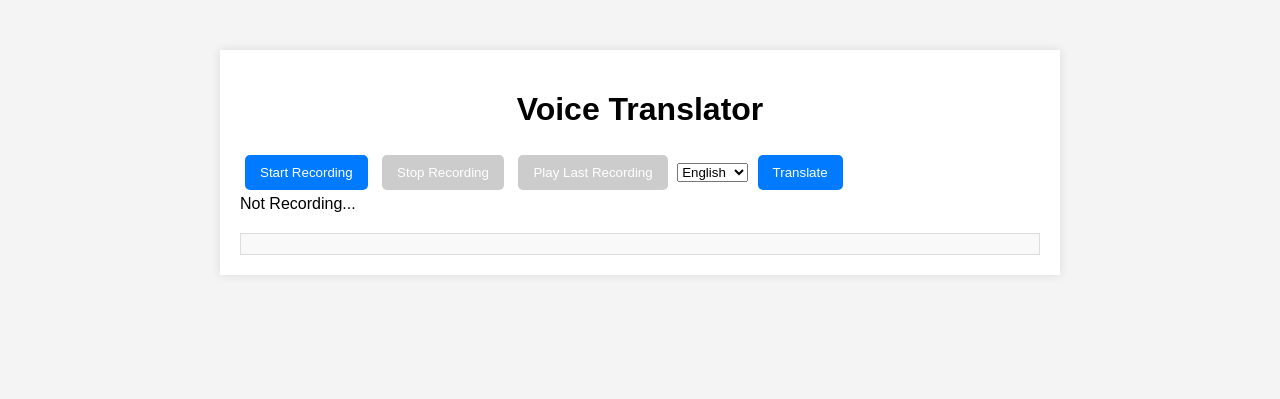
Repository: Tobby004/voice-and-text-translator
Page: index.html
These files come from the project's save history. The page is drawn as it stood at one moment and after the next save; the edit follows.
The browser window is 1280 px wide. The pictures show the whole page.
The page's requests for data from a server got no answer.

Above is the page before, as saved 2023-08-29 17:16:03.

### index.html
<!DOCTYPE html>
<html lang="en">
<head>
    <meta charset="UTF-8">
    <meta http-equiv="X-UA-Compatible" content="IE=edge">
    <meta name="viewport" content="width=device-width, initial-scale=1.0">
    <title>Translation App</title>
    <link rel="stylesheet" href="style.css">
</head>
<body>
    <div class="container">
        <h1>Voice Translator</h1>
        <button id="startRecord">Start Recording</button>
        <button id="stopRecord" disabled>Stop Recording</button>
        <button id="playAudio" disabled>Play Last Recording</button>
        <select id="languageSelect">
            <!-- Populated by JS -->
        </select>
        <button id="translate">Translate</button>
        <div id="recordingStatus">Not Recording...</div>
        <audio id="audioPlayer" controls style="display:none;"></audio>
        <div id="translatedText"></div>
    </div>
    <script src="app.js"></script>
    <script src="translator.js"></script>
</body>
</html>

### style.css
body {
    font-family: Arial, sans-serif;
    background-color: #f4f4f4;
    margin: 0;
    padding: 0;
}

.container {
    width: 80%;
    max-width: 800px;
    margin: 50px auto;
    padding: 20px;
    background-color: #fff;
    box-shadow: 0 0 10px rgba(0, 0, 0, 0.1);
}

h1, h2 {
    text-align: center;
}

button {
    padding: 10px 15px;
    margin: 5px;
    cursor: pointer;
    border: none;
    background-color: #007BFF;
    color: #fff;
    border-radius: 5px;
}

button:disabled {
    background-color: #ccc;
}

#translatedText {
    margin-top: 20px;
    padding: 10px;
    border: 1px solid #ddd;
    background-color: #f9f9f9;
}

### app.js
let mediaRecorder;
let audioChunks = [];
let audioBlob;
let audioUrl;
let audio = new Audio();
let recordingInterval;

document.getElementById("startRecord").addEventListener("click", startRecording);
document.getElementById("stopRecord").addEventListener("click", stopRecording);
document.getElementById("playAudio").addEventListener("click", playLastRecording);
document.getElementById("translate").addEventListener("click", translateRecording);

async function startRecording() {
    let stream = await navigator.mediaDevices.getUserMedia({ audio: true });
    mediaRecorder = new MediaRecorder(stream);
    mediaRecorder.ondataavailable = event => {
        audioChunks.push(event.data);
    };
    mediaRecorder.onstop = () => {
        audioBlob = new Blob(audioChunks, { type: 'audio/wav' });
        audioUrl = URL.createObjectURL(audioBlob);
        audio.src = audioUrl;
        const audioPlayer = document.getElementById("audioPlayer");
        audioPlayer.src = audioUrl;
        audioPlayer.style.display = "block";
    };
    audioChunks = [];
    mediaRecorder.start();
    document.getElementById("startRecord").disabled = true;
    document.getElementById("stopRecord").disabled = false;

    let recordingDuration = 0;
    document.getElementById("recordingStatus").textContent = "Recording: 00:00";
    recordingInterval = setInterval(() => {
        recordingDuration += 1;
        let minutes = Math.floor(recordingDuration / 60);
        let seconds = recordingDuration % 60;
        document.getElementById("recordingStatus").textContent = `Recording: ${String(minutes).padStart(2, '0')}:${String(seconds).padStart(2, '0')}`;
    }, 1000);
}

function stopRecording() {
    mediaRecorder.stop();
    document.getElementById("startRecord").disabled = false;
    document.getElementById("stopRecord").disabled = true;
    document.getElementById("playAudio").disabled = false;

    clearInterval(recordingInterval);
    document.getElementById("recordingStatus").textContent = "Recording Stopped";
}

function playLastRecording() {
    const audioPlayer = document.getElementById("audioPlayer");
    audioPlayer.currentTime = 0;
    audioPlayer.play();
}

function translateRecording() {
    if(!audioBlob) {
        alert("Please record something first!");
        return;
    }
    // Placeholder for sending the audioBlob to a voice-to-text service
    let transcribedText = "This is a placeholder for the transcribed text.";

    // Placeholder for sending the transcribedText to a translation API
    let translatedText = "This is a placeholder for the translated text.";

    document.getElementById("translatedText").innerText = translatedText;
}

// Placeholder for fetching the list of languages from an API
let languages = ["English", "Spanish", "French"]; // example languages
let languageSelect = document.getElementById("languageSelect");
languages.forEach(lang => {
    let option = document.createElement("option");
    option.value = lang;
    option.innerText = lang;
    languageSelect.appendChild(option);
});

### translator.js
// translator.js

const API_KEY = 'YOUR_GOOGLE_CLOUD_API_KEY';

// Fetching the list of supported languages
async function fetchSupportedLanguages() {
    const response = await fetch(`https://translation.googleapis.com/language/translate/v2/languages?key=${API_KEY}`);
    const data = await response.json();
    const languages = data.data.languages.map(lang => lang.language);
    populateLanguagesDropdown(languages);  // Function to populate the dropdown with fetched languages
    return languages;
}

// Translating text
async function translateText(sourceLang, targetLang, text) {
    const response = await fetch(`https://translation.googleapis.com/language/translate/v2?key=${API_KEY}&source=${sourceLang}&target=${targetLang}&q=${text}`);
    const data = await response.json();
    displayTranslatedText(data.data.translations[0].translatedText);  // Function to display the translated text to the user
}

// Function to populate the language dropdown with the list of supported languages
function populateLanguagesDropdown(languages) {
    const dropdown = document.getElementById('languageSelect');
    languages.forEach(lang => {
        const option = document.createElement('option');
        option.value = lang;
        option.innerText = lang;
        dropdown.appendChild(option);
    });
}

// Function to display the translated text to the user
function displayTranslatedText(translatedText) {
    const outputDiv = document.getElementById('translatedText');
    outputDiv.innerText = translatedText;
}

// Initial call to populate the dropdown when the page loads
document.addEventListener('DOMContentLoaded', fetchSupportedLanguages);

After the next save:
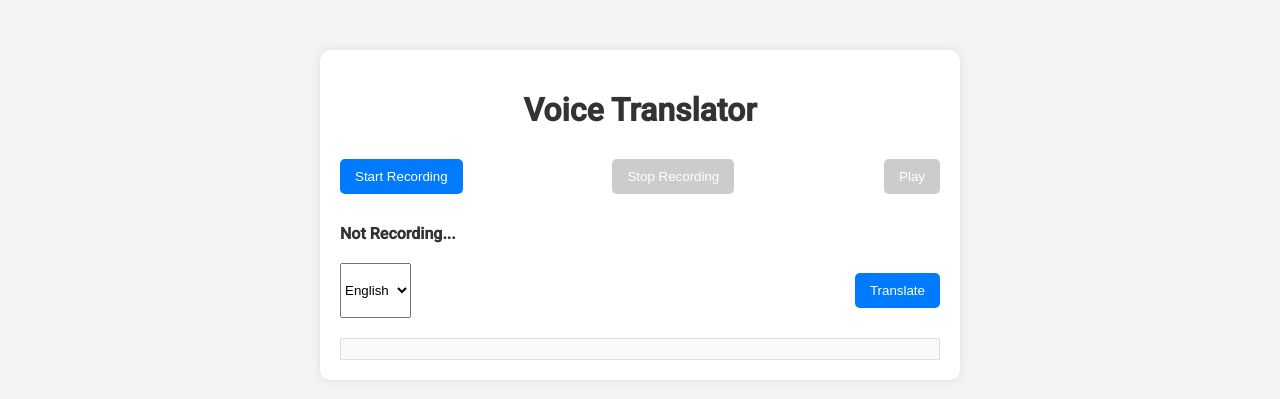
Saved 17 min 7 s later.
--- a/index.html
+++ b/index.html
@@ -4,21 +4,26 @@
     <meta charset="UTF-8">
     <meta http-equiv="X-UA-Compatible" content="IE=edge">
     <meta name="viewport" content="width=device-width, initial-scale=1.0">
-    <title>Translation App</title>
+    <title>Voice Translator</title>
     <link rel="stylesheet" href="style.css">
+    <link href="https://fonts.googleapis.com/css2?family=Roboto:wght@400;500&display=swap" rel="stylesheet">
 </head>
 <body>
     <div class="container">
         <h1>Voice Translator</h1>
-        <button id="startRecord">Start Recording</button>
-        <button id="stopRecord" disabled>Stop Recording</button>
-        <button id="playAudio" disabled>Play Last Recording</button>
-        <select id="languageSelect">
-            <!-- Populated by JS -->
-        </select>
-        <button id="translate">Translate</button>
+        <div class="controls">
+            <button id="startRecord">Start Recording</button>
+            <button id="stopRecord" disabled>Stop Recording</button>
+            <button id="playAudio" disabled>Play</button>
+            <a id="downloadAudio" href="#" download="recording.wav" style="display: none;">Download Recording</a>
+        </div>
         <div id="recordingStatus">Not Recording...</div>
         <audio id="audioPlayer" controls style="display:none;"></audio>
+
+        <div class="translation-controls">
+            <select id="languageSelect"></select>
+            <button id="translate">Translate</button>
+        </div>
         <div id="translatedText"></div>
     </div>
     <script src="app.js"></script>
--- a/style.css
+++ b/style.css
@@ -1,40 +1,69 @@
 body {
-    font-family: Arial, sans-serif;
+    font-family: 'Roboto', sans-serif;
     background-color: #f4f4f4;
-    margin: 0;
-    padding: 0;
+    color: #333;
 }
 
 .container {
-    width: 80%;
-    max-width: 800px;
+    max-width: 600px;
     margin: 50px auto;
+    background-color: #fff;
     padding: 20px;
-    background-color: #fff;
-    box-shadow: 0 0 10px rgba(0, 0, 0, 0.1);
+    box-shadow: 0px 0px 10px rgba(0, 0, 0, 0.1);
+    border-radius: 10px;
 }
 
-h1, h2 {
+h1 {
     text-align: center;
+    margin-bottom: 20px;
+}
+
+.controls {
+    display: flex;
+    justify-content: space-between;
+    flex-wrap: wrap;
 }
 
 button {
+    margin: 10px 0;
     padding: 10px 15px;
-    margin: 5px;
+    font-weight: 500;
+    border: none;
+    border-radius: 5px;
     cursor: pointer;
-    border: none;
     background-color: #007BFF;
     color: #fff;
-    border-radius: 5px;
+    transition: background-color 0.3s ease;
+}
+
+button:hover {
+    background-color: #0056b3;
 }
 
 button:disabled {
     background-color: #ccc;
+    cursor: not-allowed;
+}
+
+#recordingStatus {
+    margin-top: 20px;
+    font-weight: bold;
+}
+
+#audioPlayer {
+    width: 100%;
+    margin-top: 20px;
+}
+
+.translation-controls {
+    margin-top: 20px;
+    display: flex;
+    justify-content: space-between;
 }
 
 #translatedText {
     margin-top: 20px;
     padding: 10px;
-    border: 1px solid #ddd;
+    border: 1px solid #e0e0e0;
     background-color: #f9f9f9;
 }
